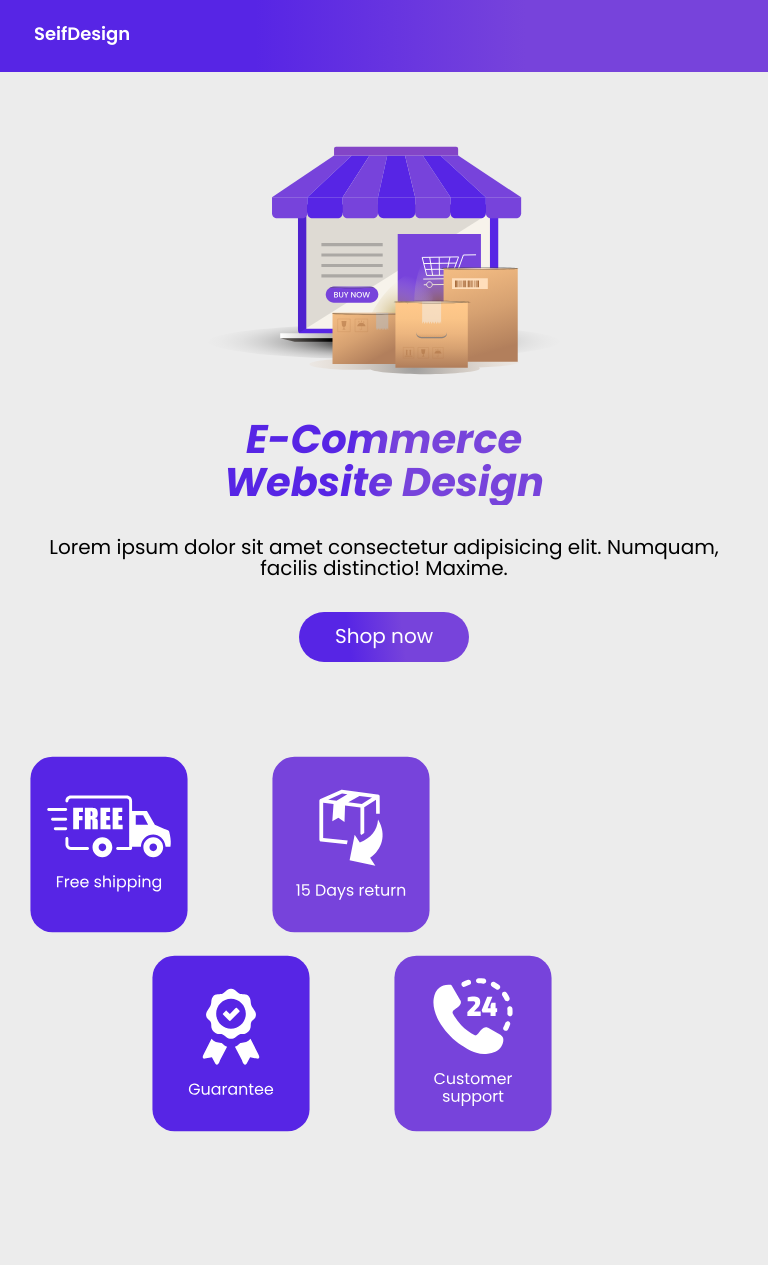
Repository: NatiqSamiyev/commers-desing-JS
Page: index.html
An editor plug-in stored every save of this project. The page is shown before and after the next save, followed by the edit.
The browser window is 768 px wide. The pictures show the whole page.
Some web fonts or font styles are not loaded; a fallback is used.

Above is the page before, as saved 2023-11-06 11:46:23.

### index.html
<!DOCTYPE html>
<html lang="en">
  <head>
    <meta charset="UTF-8" />
    <meta name="viewport" content="width=device-width, initial-scale=1.0" />
    <title>Document</title>
    <link rel="stylesheet" href="index.css" />
  </head>
  <body>
    <div class="commerse-design-container">
      <div class="top-container">
        <h1>SeifDesign</h1>

        <nav>
          <ul>
            <li>
              <a href="#">Product</a>
            </li>
            <li>
              <a href="#">Pricing</a>
            </li>
            <li>
              <a href="#">Contact</a>
            </li>
          </ul>
        </nav>


      </div>

      <main>
        <div class="image-container">
          <div class="box-1">
            <h2>E-Commerce Website Design</h2>
            <p>
              Lorem ipsum dolor sit amet consectetur adipisicing elit. Numquam,
              facilis distinctio! Maxime.
            </p>
            <button>
              <a href="#">Shop now</a>
            </button>
          </div>

          <div class="box-2">
            <img src="./image/Group.svg" alt="" />
          </div>
        </div>


        <div class="bottom-container">
          <div class="box-1">
            <img src="./image/Frame 12.svg" alt="" />
            <img src="./image/Frame 11.svg" alt="" />
          </div>
         <div class="box-2">
          <img src="./image/Frame 10.svg" alt="" />
          <img src="./image/Frame 13.svg" alt="" />
         </div>

        </div>
      </main>


  </body>
  <script src="./index.js"></script>
</html>

### index.css
@import url("https://fonts.googleapis.com/css2?family=Epilogue:wght@400;600;700;800;900&family=Inter:wght@400;500;600;700&family=Laila:wght@700&family=Open+Sans:wght@400;600;700;800&family=Poppins:ital,wght@0,400;0,500;0,600;0,700;1,700&family=Roboto+Slab:wght@700&family=Roboto:wght@400;700;900&display=swap");

* {
  margin: 0;
  padding: 0;
  box-sizing: border-box;
}

.commerse-design-container {
  width: 100%;
  padding: 0 0 33px 0;
  min-height: 100vh;
}

.top-container {
  width: 100%;
  padding: 16px 0 21px 34px;
  height: 72px;
  display: flex;
  justify-content: flex-start;
  align-items: center;
  background: linear-gradient(270deg, #7743db 31.64%, #5725e5 66.78%);
}

.top-container h1 {
  color: #fff;
  font-family: Poppins;
  font-size: 26px;
  font-style: normal;
  font-weight: 600;
  line-height: normal;
}

.top-container nav {
  margin-left: 200px;
}

.top-container nav ul {
  display: flex;
}

.top-container nav ul li {
  margin-right: 73px;
  list-style-type: none;
}

.top-container nav ul li a {
  text-decoration: none;
  color: #fff;
  text-align: center;
  font-family: Poppins;
  font-size: 24px;
  font-style: normal;
  font-weight: 300;
  line-height: normal;
}



main {
  width: 100%;
  padding: 100px 83px;

}
main .image-container{
  margin-bottom: 83px;
  display: flex;
  justify-content: space-between;
}

main .image-container .box-1 {
  /* padding: 3px 34px;
  height: 403px; */
}

.box-1 h2 {
  margin-bottom: 32px;
  font-family: Poppins;
  font-size: 68px;
  font-style: italic;
  font-weight: 700;
  line-height: 109%;
  background: linear-gradient(268deg, #7743db 46.2%, #5725e5 59.09%);
  background-clip: text;
  -webkit-background-clip: text;
  -webkit-text-fill-color: transparent;
}

.box-1 p {
  margin-bottom: 32px;
  color: #000;
  font-family: Poppins;
  font-size: 26px;
  font-style: normal;
  font-weight: 300;
  line-height: 109%;
}

.box-1 button {
  width: 170px;
  height: 50px;
  padding: 0px 24px;
  display: flex;
  justify-content: center;
  align-items: center;
  gap: 10px;
  border-radius: 25px;
  background: linear-gradient(263deg, #7743db 38.81%, #5725e5 70.24%);
  border: none;
}

.box-1 button a {
  text-decoration: none;
  color: #fff;
  font-family: Poppins;
  font-size: 20px;
  font-style: normal;
  font-weight: 400;
  line-height: 109%;
}

.box-2 img {
  width: 677.61px;
  height: 437.417px;
}

.bottom-container {
  display: flex;
  justify-content: center;
}

.bottom-container img {
  margin-right: 64px;
  width: 178px;
  height: 199px;
  padding: 10px;
  border-radius: 25px;
}
.bottom-container .box-1{
  display: flex;
}

.bottom-container .box-2{
  display: flex;
}
/* mobile design */

@media screen and (max-width: 768px) {
  .commerse-design-container {
    background-color: #ececec;
  }

  .top-container {
    /* padding: 17.5px 20px/; */
    justify-content: space-between;
  }

  .top-container h1 {
    font-size: 18px;
  }

  .top-container nav {
    display: none;
  }



  main {
    padding: 60px 20px;
    margin-bottom: 0;

  }

   .box-2 {
    margin-bottom: 29px;
    display: flex;
    justify-content: center;
    align-items: center;
  }
 .image-container {
  flex-direction: column-reverse;
 }
 .image-container   .box-2 img {
    width: 352px;
    height: 256.511px;
  }

 .image-container .box-1 {
    width: 100%;
    /* padding: 0; */
    /* height: 312px; */
    display: flex;
    justify-content: center;
    flex-direction: column;
    align-items: center;
  }

 .image-container .box-1 h2 {
    width: 390px;
    text-align: center;
    font-size: 40px;
  }

  .box-1 p {

    text-align: center;
    font-size: 20px;
  }

  .bottom-container {
    margin-top: 46px;
    display: flex;
    flex-direction: column;
  }
  .bottom-container

  .bottom-container img {
    width: 160px;
    height: 180px;
    padding: 0;
    margin-right: 0;
  }

  .box-1 button {
    margin-bottom: 0;
  }
}

Loaded but not shown: index.js (no stored copy; drawn as an empty file)

After the next save:
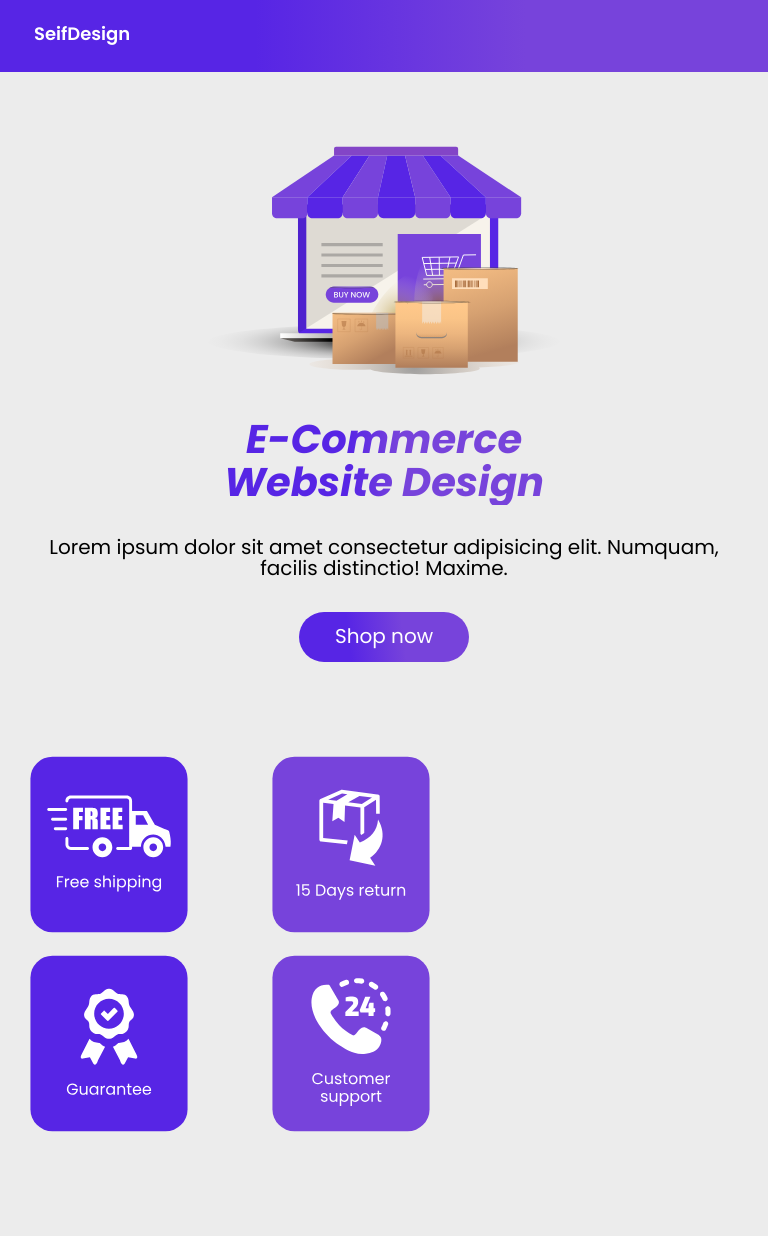
Saved 4 s later.
--- a/index.css
+++ b/index.css
@@ -171,7 +171,7 @@ main .image-container .box-1 {
 
   }
 
-   .box-2 {
+  .image-container  .box-2 {
     margin-bottom: 29px;
     display: flex;
     justify-content: center;
